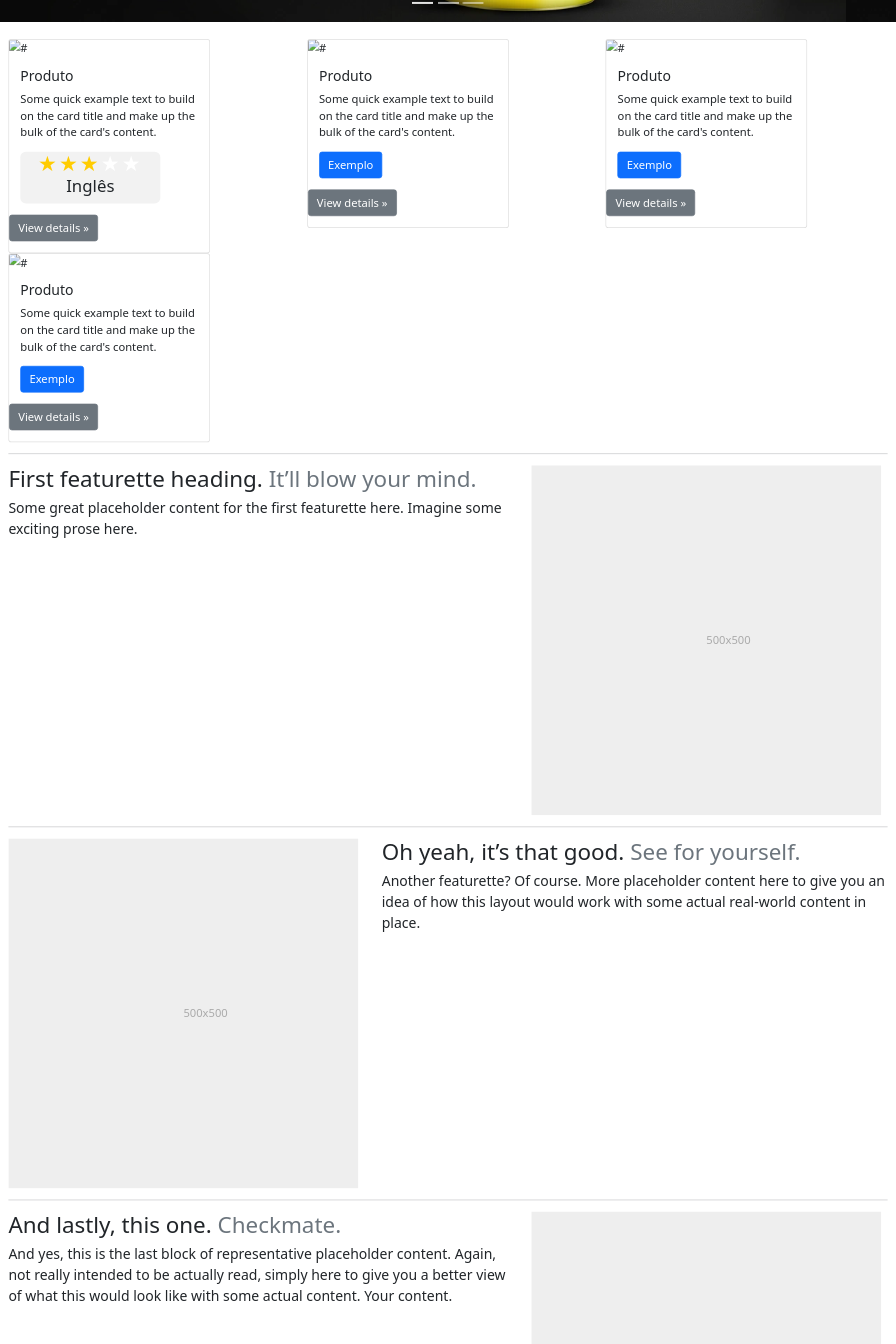
Repository: dantas-barreto/trabalho-interdisciplinar-IDW-IAP
Page: index.html
An editor plug-in stored every save of this project. The page is shown before and after the next save, followed by the edit.
The browser window is 1280 px wide. The pictures show the part of the page from y = 424 to 2344 px (the page is 2728 px tall before and 2692 px after), at 70% of full size.

Above is the page before, as saved 2021-11-15 23:59:23.

After the next save:
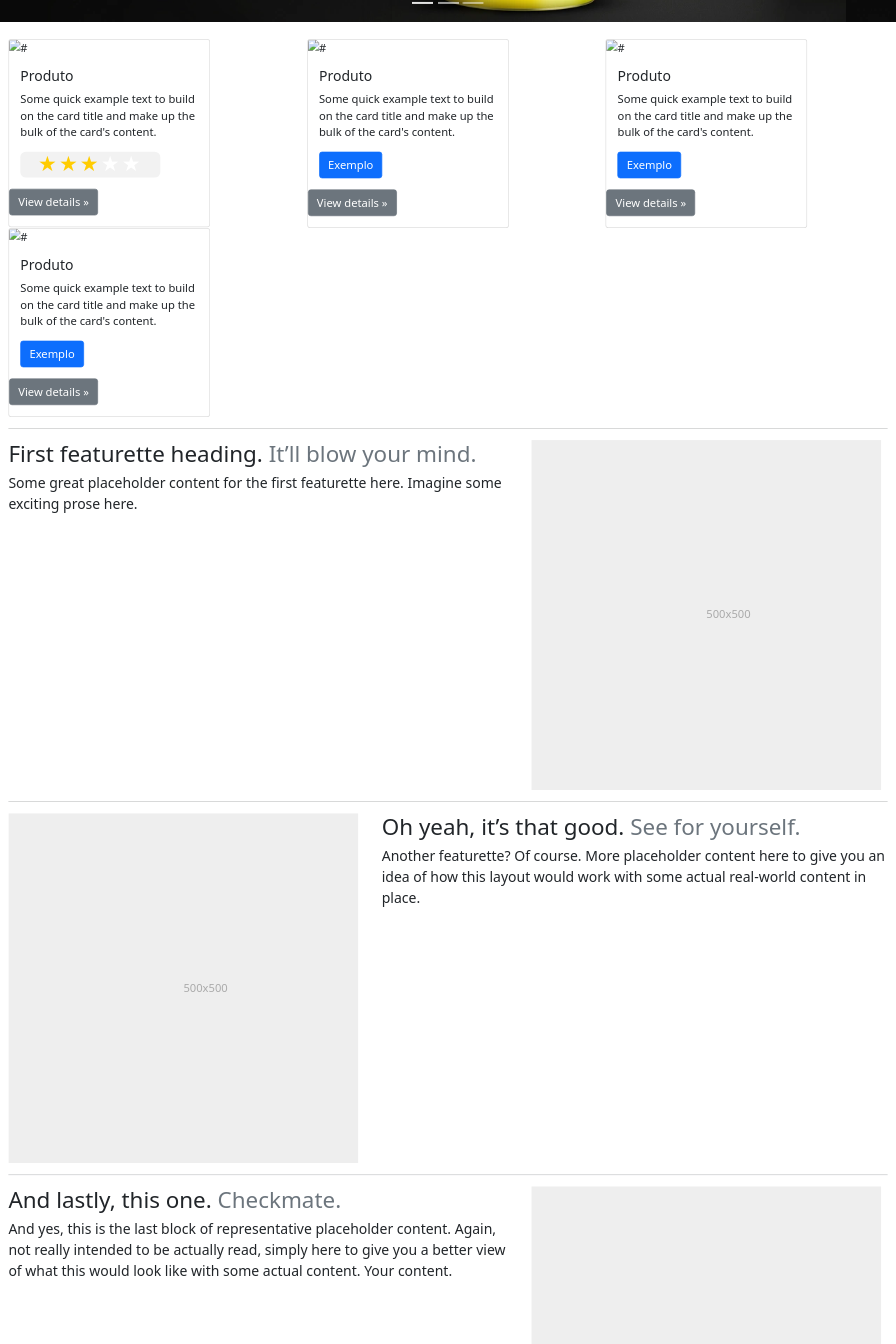
Saved 25 s later.
--- a/index.html
+++ b/index.html
@@ -158,7 +158,6 @@
                 </p>
                 <div class="soft-skill">
                   <div class="soft-skill-rating" style="--rating: 3"></div>
-                  <h4 class="soft-skill-label">Inglês</h4>
                 </div>
               </div>
               <p>
